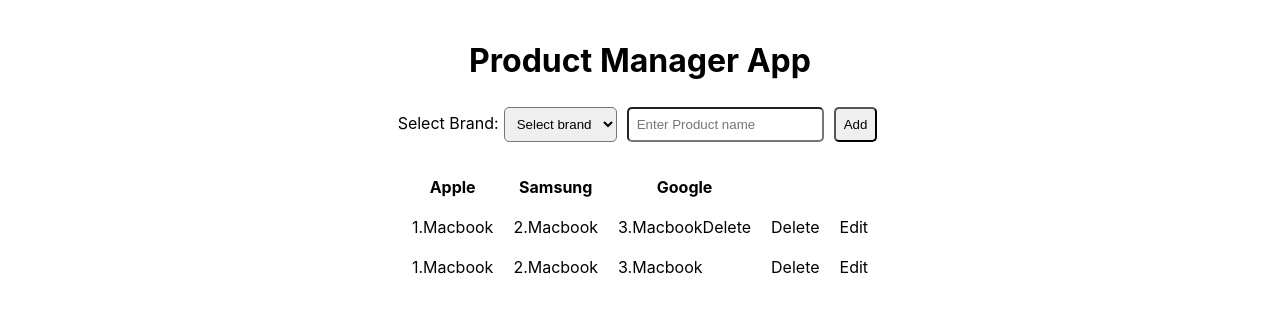
Repository: sunilkc-7/product-manager-app
Page: /
An editor plug-in stored every save of this project. The page is shown before and after the next save, followed by the edit.
The browser window is 1280 px wide. The pictures show the whole page.
The project was rebuilt for these pictures with package versions that can differ from the ones it lists, and the page was loaded fresh each time.

Above is the page before, as saved 2023-07-31 19:37:44.

After the next save:
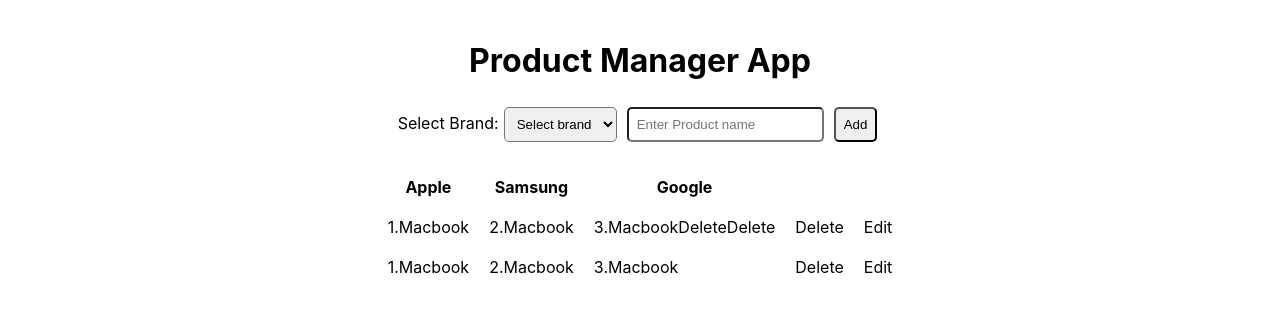
Saved 25 s later.
--- a/src/App.js
+++ b/src/App.js
@@ -37,7 +37,9 @@
             <td>1.Macbook</td>
             <td>2.Macbook</td>
             <td>
-              3.Macbook<span>Delete</span>
+              3.Macbook
+              <span>Delete</span>
+              <span>Delete</span>
             </td>
             <td>Delete</td>
             <td>Edit</td>
